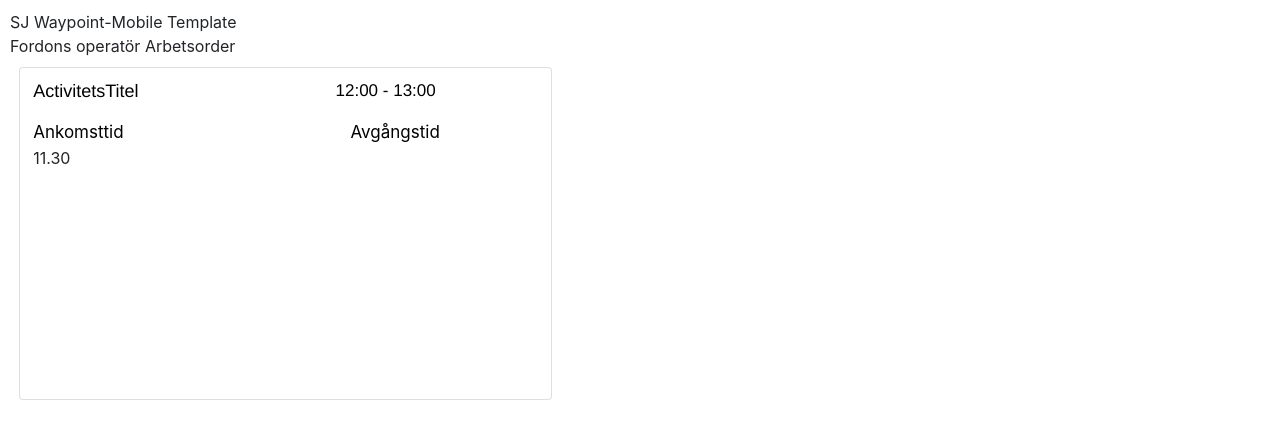
Repository: AdrianaLarsson/yarn-next-typescript
Page: /
An editor plug-in stored every save of this project. The page is shown before and after the next save, followed by the edit.
The browser window is 1280 px wide. The pictures show the whole page.
The project was rebuilt for these pictures with package versions that can differ from the ones it lists, and the page was loaded fresh each time. The framework's server and built-in components were replaced by stand-ins that run in the browser.

Above is the page before, as saved 2021-03-01 08:33:06.

After the next save:
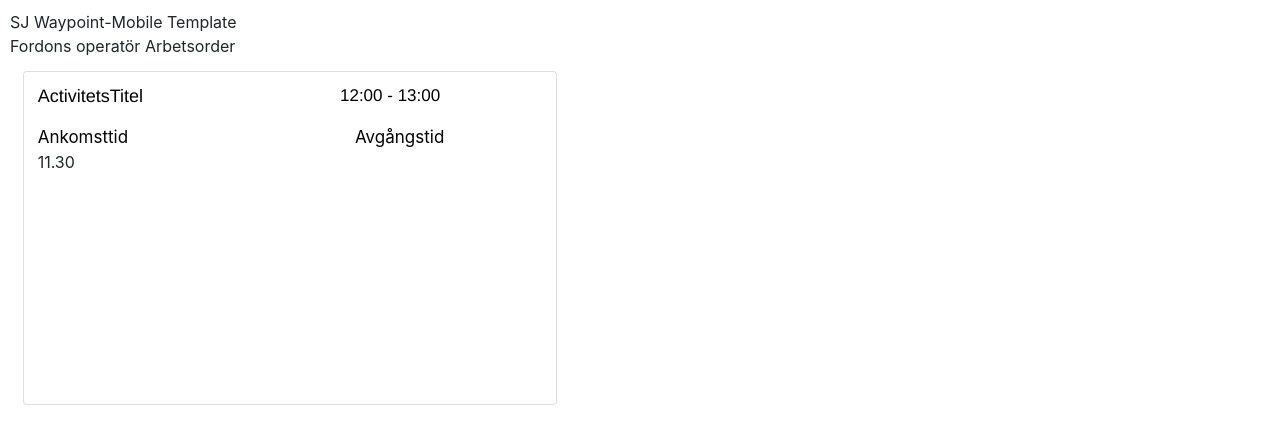
Saved 5 s later.
--- a/components/organisms/Card/Card.tsx
+++ b/components/organisms/Card/Card.tsx
@@ -10,7 +10,7 @@ width: ${px2vw(295, 320)};
 min-height: ${px2vw(200, 320)};
 flex-direction: column;
 padding: ${px2vw(15)};
-margin: ${px2vw(10)};
+margin: ${px2vw(15)};
 background-color: ${props => props.bgColor};
 height: 100%;
 
